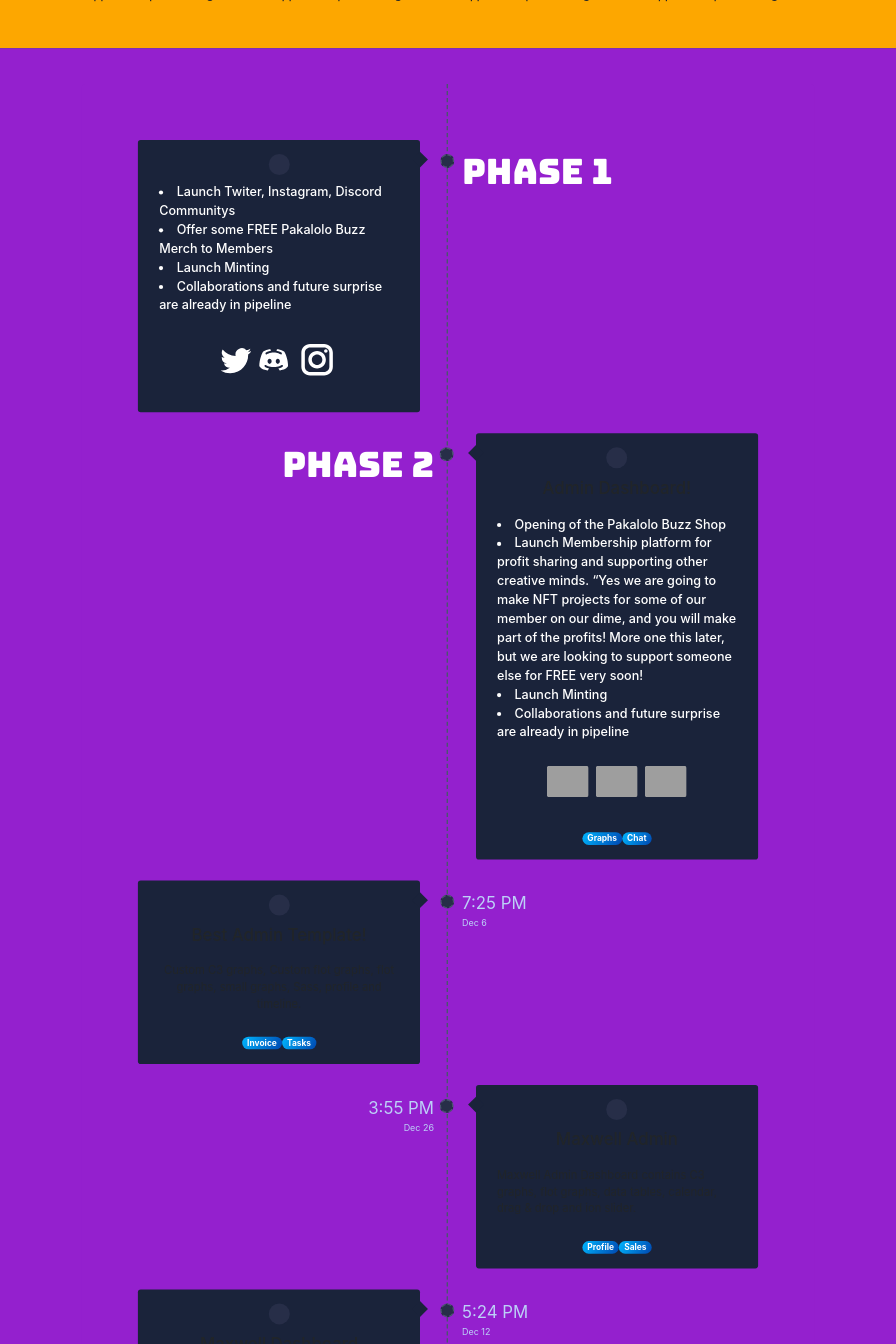
Repository: danishmahmoodawan/Pakalolo_buzz
Page: /
These files come from the project's save history. The page is drawn as it stood at one moment and after the next save; the edit follows.
The browser window is 1280 px wide. The pictures show the part of the page from y = 2800 to 4720 px (the page is 7028 px tall before and 6947 px after), at 70% of full size.
Pictures or frames that could not be fetched are drawn as grey boxes. The project was rebuilt for these pictures with package versions that can differ from the ones it lists, and the page was loaded fresh each time. Also part of the build but not shown: craco.config.js.

Above is the page before, as saved 2022-04-29 02:28:44.

### public/index.html
<!DOCTYPE html>
<html lang="en">
  <head>
    <meta charset="utf-8" />
    <meta name="viewport" content="width=device-width, initial-scale=1" />
    <link rel="stylesheet" href="https://cdnjs.cloudflare.com/ajax/libs/twitter-bootstrap/4.6.0/css/bootstrap.min.css">
	<link rel="stylesheet" href="https://cdnjs.cloudflare.com/ajax/libs/font-awesome/5.15.4/css/all.min.css">
	<link rel="stylesheet" href="assets/css/style.css">
	<title>Pakalolo Buzz</title>
  </head>
  <body>
    <noscript>You need to enable JavaScript to run this app.</noscript>
    <div id="root"></div>
	<script src="https://cdnjs.cloudflare.com/ajax/libs/jquery/3.5.1/jquery.slim.min.js"></script>
	<script src="https://cdnjs.cloudflare.com/ajax/libs/popper.js/1.16.1/umd/popper.min.js"></script>
	<script src="https://cdnjs.cloudflare.com/ajax/libs/twitter-bootstrap/4.6.0/js/bootstrap.min.js"></script>
  </body>
</html>

### src/pages/Home.js

import { useState, useEffect } from 'react';
function Home() {

  return (
   <>
   <div className="cotainer bg-nav" style={{paddingLeft: "10%",paddingRight: "10%"}}>
            <nav className="navbar navbar-expand-lg navbar-light ">
                <a className="navbar-brand" href="#"><img className="logo_s" src="assets/images/logo.png"/></a>
                <button className="navbar-toggler" type="button" data-toggle="collapse" data-target="#navbarText" aria-controls="navbarText" aria-expanded="false" aria-label="Toggle navigation">
                    <span className="navbar-toggler-icon"></span>
                </button>

                <div className="collapse navbar-collapse" id="navbarText">
                    <ul className="navbar-nav ml-auto">
                        <li className="nav-item active">
                            <a className="nav-link" href="#pakaloloimg">Pakalolo</a>
                        </li>
                        <li className="nav-item">
                            <a className="nav-link" href="#about_pakalolo">About</a>
                        </li>
                        <li className="nav-item">
                            <a className="nav-link" href="#pakalolo_faq">FAQs</a>
                        </li>

                    </ul>
                    <span className="navbar-text" >
                            <a href="https://twitter.com" target={{target:"_blank"}}>
                            <img className="seicon" src="assets/images/twitter.svg"/>
                            </a>
                            <a href="https://twitter.com" target={{target:"_blank"}}>
                            <img className="seicon" src="assets/images/discord.svg"/>
                            </a>
                            <a href="https://opensea.io/collection" target={{target:"_blank"}}>
                            <img className="seicon" src="assets/images/opensea.svg"/>
                            </a>
                    </span>
                </div>
            </nav>
        </div>
        <section id="pakaloloimg" class="background_sec">
	<div class="container">
		<div class="row mt-5 mb-5">
			<div class="col-12 text-center">
				</div>
				</div>
				</div>
                </section>

	<section id="about_pakalolo" class="first_section">
	<div class="container">
		<div class="row custom_row p-5">
        <div class="col-sm-6 text-center">
        <img className="img_set" src="assets/images/images1.gif"/>
        </div>
        <div class="col-sm-6">
        <h1 className="heading_h1">Pakalolo Buzz are what?</h1>
        <p className="para_p">Pakalolo Buzz is a community driven <br/>
collection of 10k randomly generated
NFTs on the Ethereum blockchain
Each Pakalolo is totally unique and
comes with different traits and
varying in rarity. An will be as your
ticket into the first Web3 Membership
platform for profit sharing and
supporting other creative minds.</p>
        </div>

                </div>
                <div class="row custom_rows p-5 mb-5">
        <div class="col-sm-6 ">
        <h1 className="heading_h1">HOW DOES THIS WORK?</h1>
        <p className="para_p">Pakalolo Buzz holders can participate
in exclusive events, such as: NFT
claims, raffles, giveaways and much,
much more. <br/><br/>
Don't forget, all Pakalolo are special --
but some are exceptionally special.<br/>
... and the best is yet to come, check
out our roadmap below.</p>
        </div>
        <div class="col-sm-6 text-center">

<img className="img_set" src="assets/images/images1.gif"/>

        </div>

				</div>
				</div>
				</section>


                <section id="about_team" class="team_section">
	<div class="container-fluid">
		<div class="row team_row text-center">
        <div class="col-12">
        <h1 class="heading_h1 pb-5">TEAM</h1></div>
        </div>
        <div class="row">
        <div class="col-sm-12 col-md-6 col-lg-3 text-center">
      <div class="member_card">
        <div class="member_image"><img className="img_sm" src="assets/images/team_mikael.png"/>
        <div class="team-socials">
<a href="https://twitter.com" target={{target:"_blank"}}>
                            <img className="seicon" src="assets/images/twitter.svg"/>
                            </a>
                            </div> </div>
        <div class="content_member">
        <h3 class="member_name">kickRRR / Mikael Tyrsen</h3>
        <h3 class="member_disg">Creative Director</h3>
        <span class="member_bio">Mikael Tyrsen is an award winning Los Angeles based Director inspired to bring big ideas to life through creative filmmaking. Former co-founder of Umbrella Games. Creator of Monster Merge & other AppStore top 10 video games.</span>
        </div>

        </div>
       </div>

         <div class="col-sm-12 col-md-6 col-lg-3 text-center">
      <div class="member_card">
        <div class="member_image"><img className="img_sm" src="assets/images/team_mikael.png"/>
        <div class="team-socials">
<a href="https://twitter.com" target={{target:"_blank"}}>
                            <img className="seicon" src="assets/images/twitter.svg"/>
                            </a>
                            </div> </div>
        <div class="content_member">
        <h3 class="member_name">kickRRR / Mikael Tyrsen</h3>
        <h3 class="member_disg">Creative Director</h3>
        <span class="member_bio">Mikael Tyrsen is an award winning Los Angeles based Director inspired to bring big ideas to life through creative filmmaking. Former co-founder of Umbrella Games. Creator of Monster Merge & other AppStore top 10 video games.</span>
        </div>

        </div>
       </div>


         <div class="col-sm-12 col-md-6 col-lg-3 text-center">
      <div class="member_card">
        <div class="member_image"><img className="img_sm" src="assets/images/team_mikael.png"/>
        <div class="team-socials">
<a href="https://twitter.com" target={{target:"_blank"}}>
                            <img className="seicon" src="assets/images/twitter.svg"/>
                            </a>
                            </div> </div>
        <div class="content_member">
        <h3 class="member_name">kickRRR / Mikael Tyrsen</h3>
        <h3 class="member_disg">Creative Director</h3>
        <span class="member_bio">Mikael Tyrsen is an award winning Los Angeles based Director inspired to bring big ideas to life through creative filmmaking. Former co-founder of Umbrella Games. Creator of Monster Merge & other AppStore top 10 video games.</span>
        </div>

        </div>
       </div>


         <div class="col-sm-12 col-md-6 col-lg-3 text-center">
      <div class="member_card">
        <div class="member_image"><img className="img_sm" src="assets/images/team_mikael.png"/>
        <div class="team-socials">
<a href="https://twitter.com" target={{target:"_blank"}}>
                            <img className="seicon" src="assets/images/twitter.svg"/>
                            </a>
                            </div> </div>
        <div class="content_member">
        <h3 class="member_name">kickRRR / Mikael Tyrsen</h3>
        <h3 class="member_disg">Creative Director</h3>
        <span class="member_bio">Mikael Tyrsen is an award winning Los Angeles based Director inspired to bring big ideas to life through creative filmmaking. Former co-founder of Umbrella Games. Creator of Monster Merge & other AppStore top 10 video games.</span>
        </div>

        </div>
       </div>

                </div>

				</div>
				</section>

  <section id="roadmap" class="roadmap">
  <div class="container-fluid">
<div class="timeline">
		<div class="timeline-row">
			<div class="timeline-time">
				<h3 class="heading_h1 ">Phase 1</h3>
			</div>
			<div class="timeline-content">
				<i class="icon-attachment"></i>
				<p class="timeline_phase text-left">
                <li>Launch Twiter, Instagram, Discord Communitys</li>
                <li>Offer some FREE Pakalolo Buzz Merch to Members</li>
                <li>Launch Minting</li>
                <li>Collaborations and future surprise are already in pipeline</li>

                </p>
				<div class="thumbs">
                <img className="seicn cbw img-fluid" src="assets/images/twitter.svg"/>
                <img className="seicn cbw" src="assets/images/discord.svg"/>
                <img className="seicn " src="assets/images/icon/icons8-instagram.svg"/>
				</div>
			</div>
		</div>

		<div class="timeline-row">
			<div class="timeline-time">
            <h3 class="heading_h1 ">Phase 2</h3>
			</div>
			<div class="timeline-content">
				<i class="icon-code"></i>
				<h4>Admin Dashboard!</h4>
				<p class="timeline_phase text-left">
                <li>Opening of the Pakalolo Buzz Shop</li>
                <li>Launch Membership platform for profit sharing and supporting
other creative minds. “Yes we are going to make NFT projects
for some of our member on our dime, and you will make part
of the profits! More one this later, but we are looking to
support someone else for FREE very soon!</li>
                <li>Launch Minting</li>
                <li>Collaborations and future surprise are already in pipeline</li>

                </p>
				<div class="thumbs">
					<div class="thumbs">
					<img class="img-fluid rounded" src="https://bootdey.com/img/Content/avatar/avatar1.png" alt="Maxwell Admin" />
					<img class="img-fluid rounded" src="https://bootdey.com/img/Content/avatar/avatar2.png" alt="Maxwell Admin" />
					<img class="img-fluid rounded" src="https://bootdey.com/img/Content/avatar/avatar3.png" alt="Maxwell Admin" />
				</div>
				</div>
				<div class="">
					<span class="badge badge-pill">Graphs</span>
					<span class="badge badge-pill">Chat</span>
				</div>
			</div>
		</div>

		<div class="timeline-row">
			<div class="timeline-time">
				7:25 PM<small>Dec 6</small>
			</div>
			<div class="timeline-content">
				<i class="icon-turned_in_not"></i>
				<h4>Best Admin Template!</h4>
				<p>Custom C3 graphs, Custom flot graphs, flot graphs, small graphs, Sass, profile and timeline.</p>
				<div>
					<span class="badge badge-pill">Invoice</span>
					<span class="badge badge-pill">Tasks</span>
				</div>
			</div>
		</div>

		<div class="timeline-row">
			<div class="timeline-time">
				3:55 PM<small>Dec 26</small>
			</div>
			<div class="timeline-content">
				<i class="icon-directions"></i>
				<h4>Maxwell Admin</h4>
				<p>Maxwell Admin Dashboard contains C3 graphs, flot graphs, data tables, calendar, drag &amp; drop and ion slider.</p>
				<div>
					<span class="badge badge-pill">Profile</span>
					<span class="badge badge-pill">Sales</span>
				</div>
			</div>
		</div>

		<div class="timeline-row">
			<div class="timeline-time">
				5:24 PM<small>Dec 12</small>
			</div>
			<div class="timeline-content">
				<i class="icon-change_history"></i>
				<h4>Maxwell Dashboard</h4>
				<p class="no-margin">Maxwell Admin dashboard includes invoice, profile, tasks, gallery, projects, maintanence.</p>
				<div class="thumbs">
					<img class="img-fluid rounded" src="https://bootdey.com/img/Content/avatar/avatar7.png" alt="Maxwell Admin" />
					<img class="img-fluid rounded" src="https://bootdey.com/img/Content/avatar/avatar6.png" alt="Maxwell Admin" />
					<img class="img-fluid rounded" src="https://bootdey.com/img/Content/avatar/avatar5.png" alt="Maxwell Admin" />
				</div>
				<div>
					<span class="badge badge-pill">Analytics</span>
					<span class="badge badge-pill">Contacts</span>
				</div>
			</div>
		</div>

		<div class="timeline-row">
			<div class="timeline-time">
				8:00 AM<small>Dec 18</small>
			</div>
			<div class="timeline-content">
				<i class="icon-code"></i>
				<h4>Admin Dashboard!</h4>
				<p>
					Maxwell Admin Dashboard contains C3 graphs, flot graphs, data tables, calendar.
				</p>
				<div class="thumbs">
					<img class="img-fluid rounded" src="https://bootdey.com/img/Content/avatar/avatar7.png" alt="Maxwell Admin" />
					<img class="img-fluid rounded" src="https://bootdey.com/img/Content/avatar/avatar4.png" alt="Maxwell Admin" />
					<img class="img-fluid rounded" src="https://bootdey.com/img/Content/avatar/avatar3.png" alt="Maxwell Admin" />
				</div>
				<div class="">
					<span class="badge badge-pill">Ecommerce</span>
					<span class="badge badge-pill">CRM</span>
				</div>
			</div>
		</div>

		<div class="timeline-row">
			<div class="timeline-time">
				7:45PM<small>Dec 21</small>
			</div>
			<div class="timeline-content">
				<i class="icon-attachment"></i>
				<h4>Admin Template!</h4>
				<p>Maxwell Admin Dashboard contains C3 graphs, flot graphs, data tables, calendar, drag &amp; drop and ion slider.</p>
				<div class="thumbs">
					<img class="img-fluid rounded" src="https://bootdey.com/img/Content/avatar/avatar2.png" alt="Maxwell Admin" />
					<img class="img-fluid rounded" src="https://bootdey.com/img/Content/avatar/avatar3.png" alt="Maxwell Admin" />
				</div>
				<div class="">
					<span class="badge badge-pill">Orders</span>
					<span class="badge badge-pill">Sales</span>
				</div>
			</div>
		</div>

		<div class="timeline-row">
			<div class="timeline-content">
				<p class="m-0">Loading...</p>
			</div>
		</div>

	</div>
</div>

        </section>


                <section  id="pakalolo_faq" class="faq_section">
	<div class="container">
		<div class="row faq_row p-5">
        <div class="col-sm-12">
        <h1 class="heading_h1 pb-3">Frequently Asked Questions  </h1>
        <div id="accordion">
               <div class="card">
                  <div class="card-header" id="headingOne">
                     <h5 class="mb-0">
                     <i class="fas fa-circle circle_color"></i>           <button class="btn btn-link" data-toggle="collapse" data-target="#collapseOne" aria-expanded="true" aria-controls="collapseOne">
                     What are NFTs?                        </button>
                     </h5>
                  </div>
                  <div id="collapseOne" class="collapse show" aria-labelledby="headingOne" data-parent="#accordion">
                     <div class="card-body">
<p>A non-fungible token (NFT) is a non-interchangeable unit of
data stored on a blockchain, a form of digital ledger, that can
be sold and traded.
NFTs may be associated with digital files such as photos,
videos, and audio. Because each token is uniquely identifiable,
NFTs differ from blockchain cryptocurrencies, such as
Bitcoin.</p>
                     </div>
                  </div>
               </div>
               <div class="card">
                  <div class="card-header" id="headingTwo">
                     <h5 class="mb-0">
                     <i class="fas fa-circle circle_color"></i>
                        <button class="btn btn-link collapsed" data-toggle="collapse" data-target="#collapseTwo" aria-expanded="false" aria-controls="collapseTwo">
                        What is Ethereum?
                         </button>
                     </h5>
                  </div>
                  <div id="collapseTwo" class="collapse" aria-labelledby="headingTwo" data-parent="#accordion">
                     <div class="card-body">
                     Ethereum is the community-run technology powering the
cryptocurrency ether (ETH) and thousands of decentralized
applications. Learn more on ethereum.org
                                          </div>
                  </div>
               </div>
               <div class="card">
                  <div class="card-header" id="headingThree">
                     <h5 class="mb-0">
                     <i class="fas fa-circle circle_color"></i> <button class="btn btn-link collapsed" data-toggle="collapse" data-target="#collapseThree" aria-expanded="false" aria-controls="collapseThree">
                     What Wallets are Supported?
                        	  </button>
                     </h5>
                  </div>
                  <div id="collapseThree" class="collapse" aria-labelledby="headingThree" data-parent="#accordion">
                     <div class="card-body">
                     We recommend using MetaMask, which can be downloaded
from the MetaMask website. We support both the browser
plugin and the mobile apps.
We also integrate with WalletConnect, which supports a
number of wallets. The full list can be found on
the WalletConnect website.                    </div>
                  </div>
               </div>
               <div class="card">
                  <div class="card-header" id="headingThre">
                     <h5 class="mb-0">
                     <i class="fas fa-circle circle_color"></i>
                        <button class="btn btn-link collapsed" data-toggle="collapse" data-target="#collapseThre" aria-expanded="false" aria-controls="collapseThree">
                        Where does my NFT go after I purchase a Pakalolo Buzz?
                        </button>
                     </h5>
                  </div>
                  <div id="collapseThre" class="collapse" aria-labelledby="headingThre" data-parent="#accordion">
                     <div class="card-body">
                     Your wallet will own the NFT. You will be able to see the
contents of your wallet on your OpenSea profile, and some
wallets display your NFTs as well.
</div>                  </div>
               </div>
               <div class="card">
                  <div class="card-header" id="headingThreew">
                     <h5 class="mb-0">
                     <i class="fas fa-circle circle_color"></i>  <button class="btn btn-link collapsed" data-toggle="collapse" data-target="#collapseThreew" aria-expanded="false" aria-controls="collapseThree">
                      Sounds awesome - How do I get involved?
                       	</button>
                     </h5>
                  </div>
                  <div id="collapseThreew" class="collapse" aria-labelledby="headingThreew" data-parent="#accordion">
                     <div class="card-body">
                     A great place to start is our Discord, home to a very large and
very active community of Pakalolo enthusiasts. You don't need
to be a Pakalolo holder to join us there! All are welcome to
jump into the conversation, let us know your ideas, and hang
out with many others who like the Buzz!
</div>
                  </div>
               </div>
               <div class="card">
                  <div class="card-header" id="headingThre">
                     <h5 class="mb-0">
                     <i class="fas fa-circle circle_color"></i>
                        <button class="btn btn-link collapsed" data-toggle="collapse" data-target="#collapseThret" aria-expanded="false" aria-controls="collapseThree">
                        Are Pakalolo a good investment?
                        </button>
                     </h5>
                  </div>
                  <div id="collapseThret" class="collapse" aria-labelledby="headingThre" data-parent="#accordion">
                     <div class="card-body">
                     The success of the project depends on many factors. We do
not have a crystal ball so it is impossible to know how it will
go. We strongly believe in our project and think it has a bright
future ahead, but ultimately you will have to decide for
yourself. <br />
Only spend money if you can afford it!
</div>                  </div>
               </div>
               <div class="card">
                  <div class="card-header" id="headingThre">
                     <h5 class="mb-0">
                     <i class="fas fa-circle circle_color"></i>
                        <button class="btn btn-link collapsed" data-toggle="collapse" data-target="#collapseThres" aria-expanded="false" aria-controls="collapseThree">
                        Where did PakaloloBuzz come from?
                        </button>
                     </h5>
                  </div>
                  <div id="collapseThres" class="collapse" aria-labelledby="headingThre" data-parent="#accordion">
                     <div class="card-body">
                     Our team comes from a group of business Men and Women,
that have a number business under their belt. We are looking
to bring a different way for people to make money in the NFT
Web3 marketplace. We are partnering on this project with —-
who is a great artist.
</div>                  </div>
               </div>


        </div>
        </div>

                </div>
                </div>
				</section>
                                <section  id="footer" class="footer_section">
	<div class="container">
		<div class="row faq_row pt-5 pb-3">
        <div class="col-sm-12 text-center">
        <h1 className="heading_h1">PAKALOLO BUZZ </h1>

        <div className="main-block pb-3">
                   <a href="https://twitter.com" target={{target:"_blank"}}>
                   <img className="seicn cbw" src="assets/images/twitter.svg"/>
                   </a>

                   <a href="https://discord.com" target={{target:"_blank"}}>
                   <img className="seicn cbw" src="assets/images/discord.svg"/>
                            </a>
                   <a href="https://opensea.io/collection" target={{target:"_blank"}}>
                   <img className="seicn cbw" src="assets/images/opensea.svg"/>

                    </a>
                   </div>
                   <p className="para"> © COPYRIGHT 2022 PAKALOLO BUZZ | ALL RIGHTS RESERVED ® </p>
        </div>
        </div>
        </div>
        </section>
	</>
  );
}

export default Home;

Loaded but not shown: src/index.js (common file); src/index.css (common file); src/App.js (common file); src/reportWebVitals.js (common file); public/assets/css/style.css (462 lines, source omitted)

After the next save:
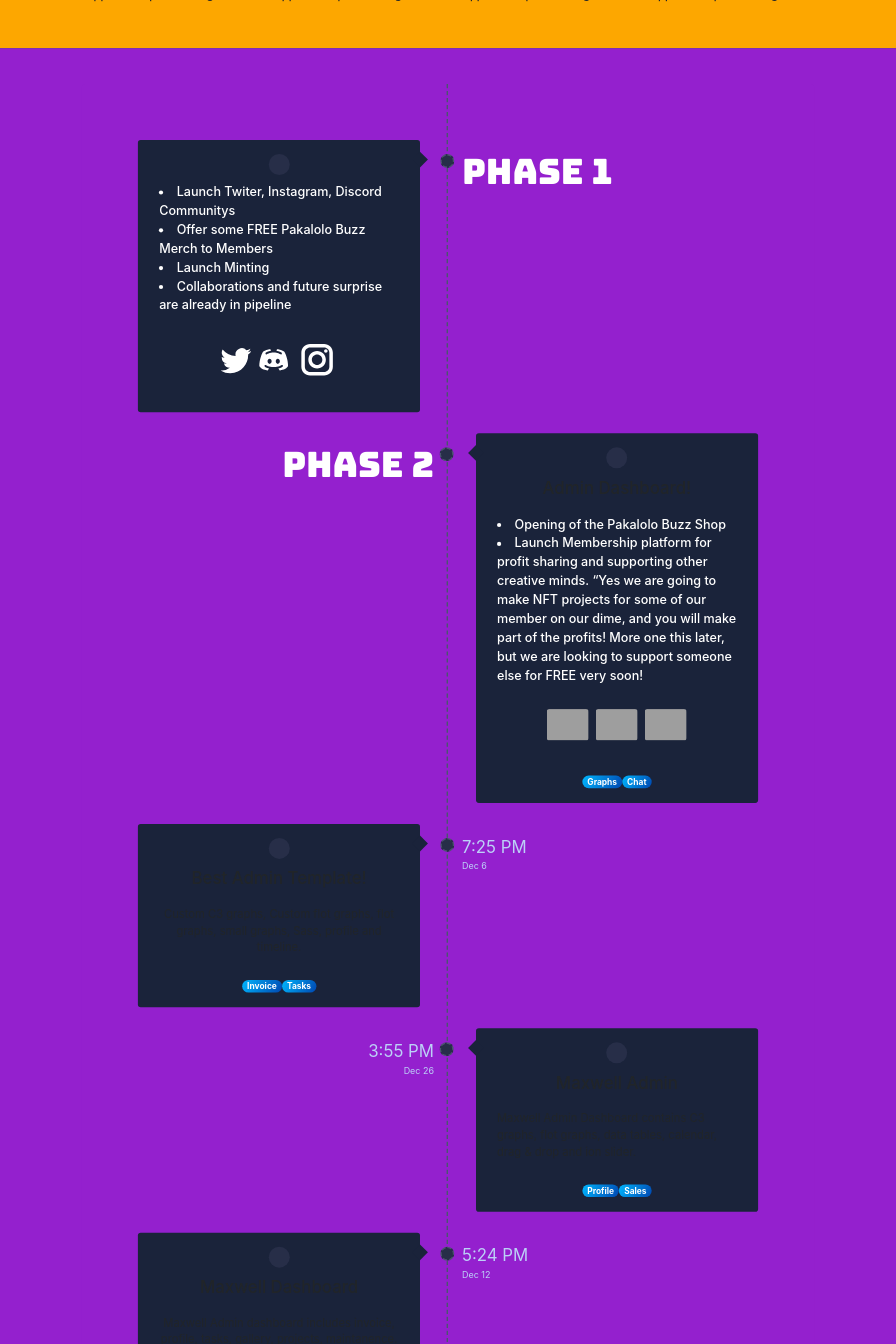
Saved 4 s later.
--- a/src/pages/Home.js
+++ b/src/pages/Home.js
@@ -210,8 +210,6 @@
 for some of our member on our dime, and you will make part
 of the profits! More one this later, but we are looking to
 support someone else for FREE very soon!</li>
-                <li>Launch Minting</li>
-                <li>Collaborations and future surprise are already in pipeline</li>
 
                 </p>
 				<div class="thumbs">
